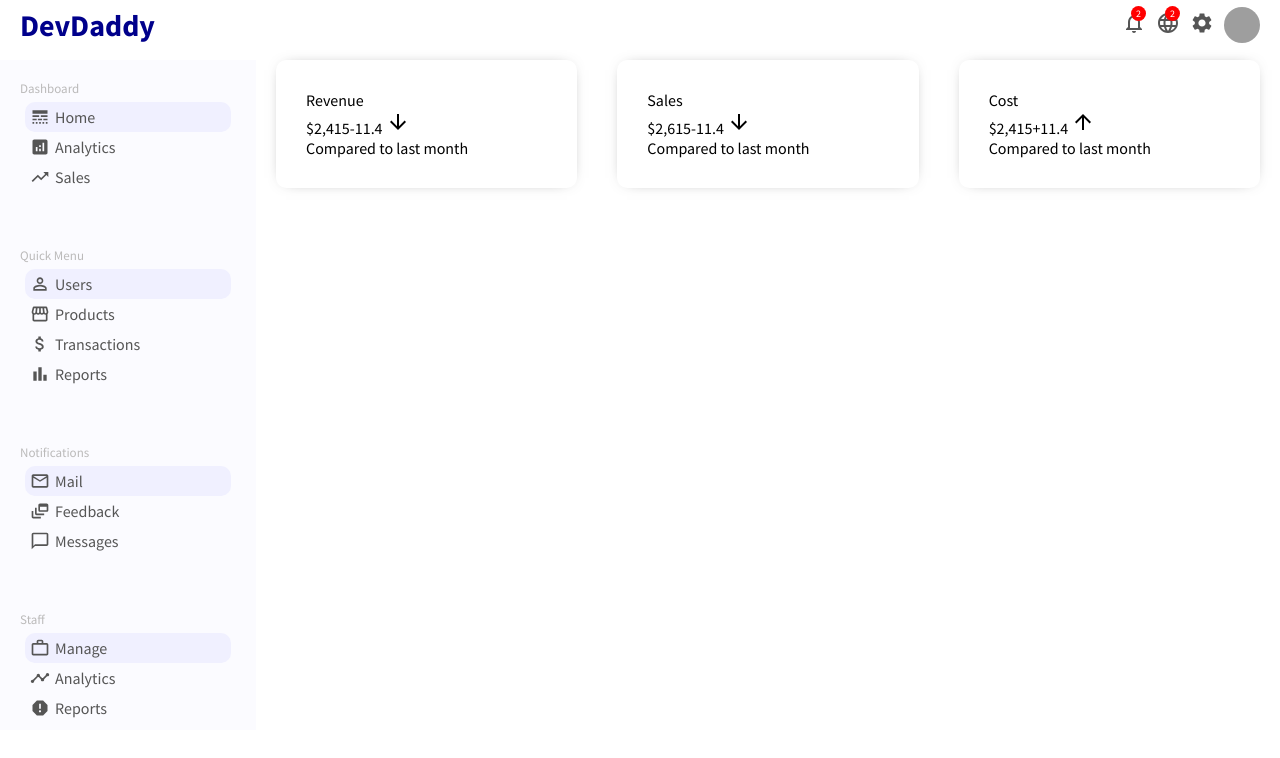
Repository: Marhamat92/react-admin-dashboard
Page: /
An editor plug-in stored every save of this project. The page is shown before and after the next save, followed by the edit.
The browser window is 1280 px wide. The pictures show the whole page.
Pictures or frames that could not be fetched are drawn as grey boxes. The project was rebuilt for these pictures with package versions that can differ from the ones it lists, and the page was loaded fresh each time.

Above is the page before, as saved 2023-02-08 12:13:06.

After the next save:
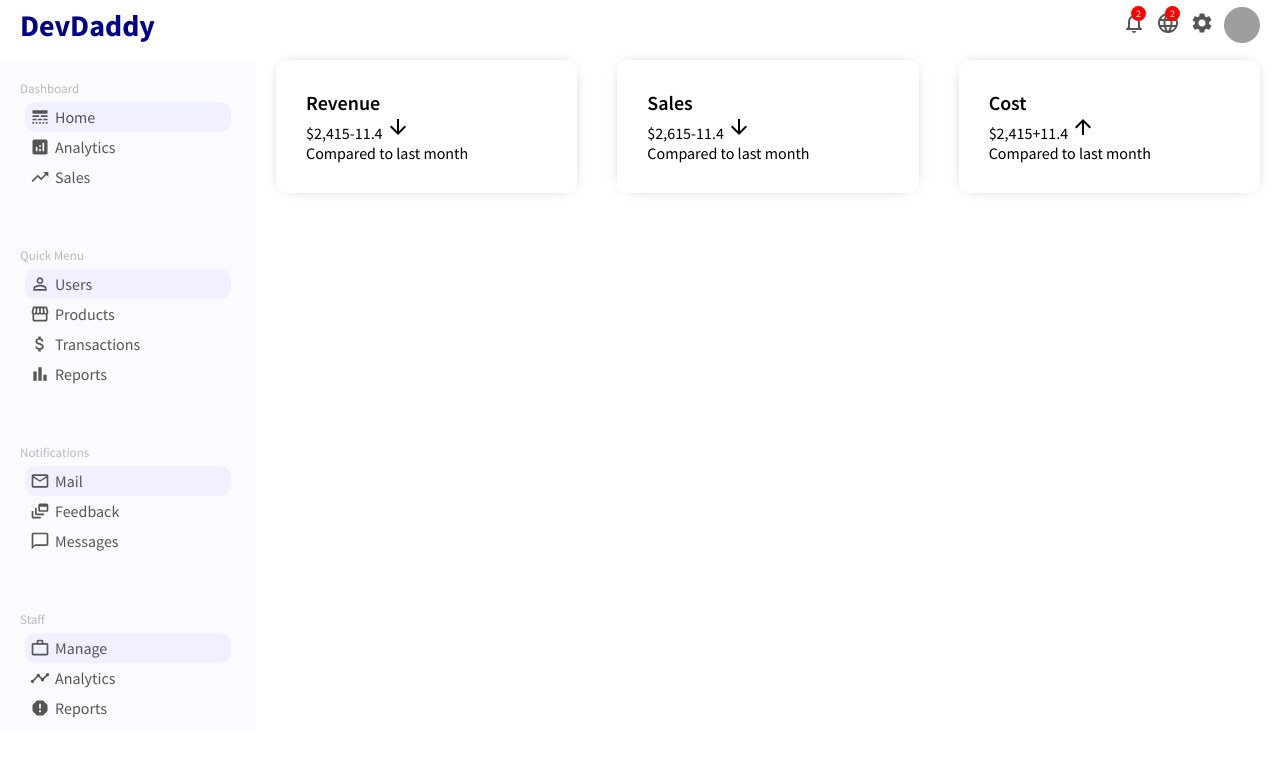
Saved 41 min 3 s later.
--- a/src/components/featuredInfo/featuredInfo.scss
+++ b/src/components/featuredInfo/featuredInfo.scss
@@ -13,3 +13,9 @@
   -webkit-box-shadow: 0px 0px 15px -10px rgba(0, 0, 0, 0.75);
   box-shadow: 0px 0px 15px -10px rgba(0, 0, 0, 0.75);
 }
+
+.featuredTitle{
+  font-size:20px;
+  font-weight:600;
+  margin-bottom:10px;
+}
